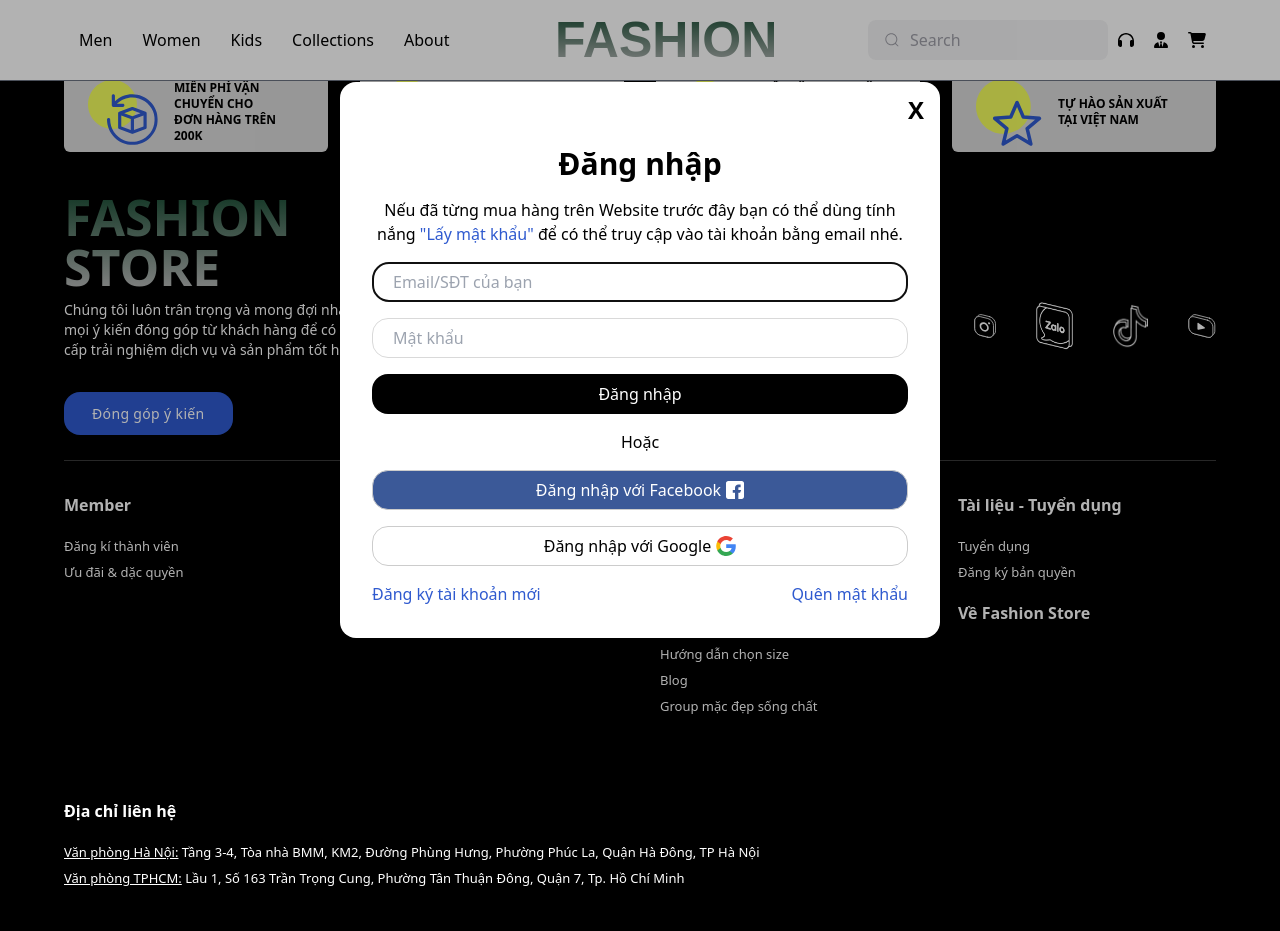
Repository: VuSnow/Software_Engineering
Page: /forgorPassword
An editor plug-in stored every save of this project. The page is shown before and after the next save, followed by the edit.
The browser window is 1280 px wide. The pictures show the whole page.
The project was rebuilt for these pictures with package versions that can differ from the ones it lists, and the page was loaded fresh each time. The framework's server and built-in components were replaced by stand-ins that run in the browser. Also part of the build but not shown: next.config.js, src/components/cart/CartItem/CartItem.tsx, src/components/cart/Cart.tsx, src/app/Login/page.tsx, src/app/register/page.tsx.

Above is the page before, as saved 2023-06-26 16:03:29.

### src/app/layout.tsx
"use client";
import Header from "@/components/header/Header";
import "./globals.css";
import { Inter } from "next/font/google";
import Footer from "@/components/footer/Footer";

const inter = Inter({ subsets: ["latin"] });

export const metadata = {
  title: "Create Next App",
  description: "Generated by create next app",
};
export default function RootLayout({
  children,
}: {
  children: React.ReactNode;
}) {
  return (
    <html lang="en">
      <body>
        <Header />
        {children}
        <Footer />
      </body>
    </html>
  );
}

### src/app/forgorPassword/page.tsx
import React, { useState } from "react";
import Link from "next/link";
import Image from "next/image";
import facebookIcon from "@/app/Login/facebook.svg";
import googleIcon from "@/app/Login/google.svg";

const ForgotPassword = () => {
  return (
    <div className="loginModal fixed w-full h-full top-0 left-0 z-[150]">
      <div className="backdrop w-full h-full bg-[rgba(0,0,0,.3)]"></div>
      <div
        className="pop-up-body absolute top-1/2 left-1/2 w-[50vw] max-w-[600px] bg-white p-8 rounded-2xl max-h-[95vh] overflow-y-auto overflow-x-hidden"
        style={{ transform: "translate(-50%, -50%)" }}
      >
        <span className="close-popup cursor-pointer absolute top-3 right-4 text-2xl font-bold">
          X
        </span>
        <div>
          <div className="form-container">
            <form id="login-form">
              <div className="login-heading mb-4 text-center">
                <div className="title text-3xl font-bold mx-0 mb-4 mt-8">
                  Đăng nhập
                </div>
                <div className="subtitle">
                  Nếu đã từng mua hàng trên Website trước đây bạn có thể dùng
                  tính nắng{" "}
                  <Link
                    href="/"
                    className="text-[#2f5acf] cursor-pointer duration-200 delay-0 transition-all ease-in-out"
                  >
                    "Lấy mật khẩu"
                  </Link>{" "}
                  để có thể truy cập vào tài khoản bằng email nhé.
                </div>
              </div>
              <div className="form-group mb-4">
                <input
                  type="text"
                  name="email"
                  placeholder="Email/SĐT của bạn"
                  autoFocus
                  className="form-control bg-white border border-solid border-[#d9d9d9] box-border rounded-2xl h-10 w-full py-[5px] px-5 transition-all delay-0 duration-200 ease-in-out"
                />
              </div>
              <div className="form-group">
                <input
                  type="password"
                  name="password"
                  placeholder="Mật khẩu"
                  className="form-control bg-white border border-solid border-[#d9d9d9] box-border rounded-2xl h-10 w-full py-[5px] px-5 transition-all delay-0 duration-200 ease-in-out"
                />
              </div>
              <button className="login-btn block rounded-2xl h-10 w-full py-[5px] px-5 bg-black text-white text-center border-0 cursor-pointer transition-all delay-0 duration-200 ease-in-out mt-4">
                Đăng nhập
              </button>
              <div className="or flex justify-center items-center my-4 mx-0">
                <span>Hoặc</span>
              </div>
              <button className="login-facebook bg-[#3B5998] text-white border border-solid border-[#ccc] w-full text-center h-10 rounded-2xl cursor-pointer mb-4 flex justify-center items-center">
                <span className="title">Đăng nhập với Facebook</span>
                <div className="icon w-[18px] ml-[5px]">
                  <Image src={facebookIcon} alt="facebook icon" />
                </div>
              </button>
              <button className="login-google border border-solid border-[#ccc] w-full text-center h-10 rounded-2xl cursor-pointer mb-4 flex justify-center items-center">
                <span className="title">Đăng nhập với Google</span>
                <div className="icon ml-[5px]">
                  <Image src={googleIcon} alt="facebook icon" />
                </div>
              </button>
              <div className="auth-action flex justify-between">
                <a
                  href="#"
                  className="cursor-pointer text-[#2f5acf] transition-all delay-0 duration-200 ease-in-out"
                  onClick={(e) => {
                    e.preventDefault();
                  }}
                >
                  Đăng ký tài khoản mới
                </a>
                <a
                  href="#"
                  className="cursor-pointer text-[#2f5acf] transition-all delay-0 duration-200 ease-in-out"
                  onClick={(e) => {
                    e.preventDefault();
                  }}
                >
                  Quên mật khẩu
                </a>
              </div>
            </form>
          </div>
        </div>
      </div>
    </div>
  );
};

export default ForgotPassword;

### src/components/header/Header.tsx
import React, { useState, useEffect, useContext } from "react";
import { FontAwesomeIcon } from "@fortawesome/react-fontawesome";
import {
  faBars,
  faHeadphones,
  faUserTie,
  faCartShopping,
  faXmark,
  faPlus,
  faMinus,
} from "@fortawesome/free-solid-svg-icons";
import Cart from "../cart/Cart";
import Login from "@/app/Login/page";
import Register from "@/app/register/page";
import ForgotPassword from "@/app/forgorPassword/page";
const Header = () => {
  const [showLoginModal, setShowLoginModal] = useState<Boolean>(false);
  const [showRegisterModal, setShowRegisterModal] = useState<Boolean>(false);
  const [showForgotPassword, setShowForgotPassword] = useState<Boolean>(false);
  const [classNav, setClassNav] = useState<String>(
    "opacity-0 invisible -left-full"
  );
  const [showCart, setShowCart] = useState(false);
  const showNav = () => {
    setClassNav("opacity-1 visible left-0");
  };
  const closeNav = () => {
    setClassNav("opacity-0 invisible -left-full");
  };
  return (
    <>
      {showLoginModal ? (
        <Login
          setShowLoginModal={setShowLoginModal}
          setShowRegisterModal={setShowRegisterModal}
          setShowForgotPassword={setShowForgotPassword}
        />
      ) : null}
      {showRegisterModal ? (
        <Register
          setShowRegisterModal={setShowRegisterModal}
          setShowLoginModal={setShowLoginModal}
        />
      ) : null}
      {showForgotPassword ? <ForgotPassword /> : null}
      <header className="text-black mb-4 fixed block top-0 left-0 right-0 bg-white w-full border-b border-gray-500 z-[99] px-[5%]">
        <div className="flex tablet: justify-between h-20 items-center mr-auto ml-auto max-w-full">
          <nav className="main-menu">
            <div className="mobile-menu cursor-pointer max-tablet:block hidden">
              <FontAwesomeIcon icon={faBars} size="2xl" onClick={showNav} />
            </div>
            <ul className="menu max-tablet:hidden flex">
              <li className="p-[15px] cursor-pointer">Men</li>
              <li className="p-[15px] cursor-pointer">Women</li>
              <li className="p-[15px] cursor-pointer">Kids</li>
              <li className="p-[15px] cursor-pointer">Collections</li>
              <li className="p-[15px] cursor-pointer">About</li>
            </ul>
            <div
              className={`sub-mobile-menu fixed top-0 right-0 bottom-[45px] bg-white z-[1000] pt-16 pr-4 pb-0 pl-4 ${classNav} overflow-y-auto`}
            >
              <div className="box-action bg-[#343a40] flex items-center justify-center rounded-tl-xl h-12 rounded-br-xl mb-[30px]">
                <a
                  href="#"
                  className="action-login text-white text-center text-[18px]"
                >
                  Đăng nhập
                </a>
              </div>
              <ul className="menu-mb">
                <li className="mb-[30px] pr-2 flex justify-between">
                  <a href="#">Men </a>
                  <span className="arrow">
                    <FontAwesomeIcon icon={faPlus} />
                    <FontAwesomeIcon icon={faMinus} className="hidden" />
                  </span>
                </li>
                <li className="mb-[30px] pr-2 flex justify-between">
                  <a href="#">Women </a>
                  <span className="arrow">
                    <FontAwesomeIcon icon={faPlus} />
                    <FontAwesomeIcon icon={faMinus} className="hidden" />
                  </span>
                </li>
                <li className="mb-[30px] pr-2 flex justify-between">
                  <a href="#">Kids </a>
                  <span className="arrow">
                    <FontAwesomeIcon icon={faPlus} />
                    <FontAwesomeIcon icon={faMinus} className="hidden" />
                  </span>
                </li>
                <li className="mb-[30px] pr-2 flex justify-between">
                  <a href="#">Collections </a>
                  <span className="arrow">
                    <FontAwesomeIcon icon={faPlus} />
                    <FontAwesomeIcon icon={faMinus} className="hidden" />
                  </span>
                </li>
                <li className="mb-[30px] pr-2 flex justify-between">
                  <a href="#">About </a>
                  <span className="arrow">
                    <FontAwesomeIcon icon={faPlus} />
                    <FontAwesomeIcon icon={faMinus} className="hidden" />
                  </span>
                </li>
              </ul>
              <div className="close-menu absolute top-[25px] left-[25px] text-[24px] text-black">
                <FontAwesomeIcon icon={faXmark} onClick={closeNav} />
              </div>
            </div>
          </nav>
          <div className="logo-brand">
            <a
              href="/"
              className="font-bold font-kumbhsan"
              style={{
                fontSize: "50px",
                background: "linear-gradient(to bottom, #194c33, #bbb)",
                WebkitBackgroundClip: "text",
                WebkitTextFillColor: "transparent",
                textTransform: "uppercase",
              }}
            >
              Fashion
            </a>
          </div>
          <div className="right-header flex">
            <form
              action="search"
              name="form-search"
              className="flex leading-7 items-center relative max-w-[240px] max-mobile:hidden"
            >
              <svg
                className="icon absolute left-4 fill-[#9e9ea7] w-4 h-4"
                aria-hidden="true"
                viewBox="0 0 24 24"
              >
                <g>
                  <path d="M21.53 20.47l-3.66-3.66C19.195 15.24 20 13.214 20 11c0-4.97-4.03-9-9-9s-9 4.03-9 9 4.03 9 9 9c2.215 0 4.24-.804 5.808-2.13l3.66 3.66c.147.146.34.22.53.22s.385-.073.53-.22c.295-.293.295-.767.002-1.06zM3.5 11c0-4.135 3.365-7.5 7.5-7.5s7.5 3.365 7.5 7.5-3.365 7.5-7.5 7.5-7.5-3.365-7.5-7.5z"></path>
                </g>
              </svg>
              <input
                type="text"
                placeholder="Search"
                className=" w-full h-[40px] leading-7 p-0 pl-10 pr-4 border-2 border-solid border-transparent rounded-lg outline-none bg-[#f3f3f4] text-[#0d0c22] transition-all placeholder:text-[#9e9ea7] focus:outline-none focus:border-[rgba(234,76,137,0.4)] focus:bg-white focus:shadow-md"
              />
            </form>
            <div className="header-action flex">
              <div className="item wallet m-[10px] max-mobile:hidden cursor-pointer">
                <FontAwesomeIcon icon={faHeadphones} />
              </div>
              <div
                className="item person m-[10px] cursor-pointer"
                onClick={() => setShowLoginModal(!showLoginModal)}
              >
                <FontAwesomeIcon icon={faUserTie} />
              </div>
              <div
                className="item cart m-[10px] cursor-pointer"
                onClick={() => setShowCart(true)}
              >
                <FontAwesomeIcon icon={faCartShopping} />
              </div>
            </div>
          </div>
        </div>
      </header>
      {showCart && <Cart setShowCart={setShowCart} />}
    </>
  );
};

export default Header;

### src/app/globals.css
@tailwind base;
@tailwind components;
@tailwind utilities;

:root {
  --foreground-rgb: 0, 0, 0;
  --background-start-rgb: 214, 219, 220;
  --background-end-rgb: 255, 255, 255;
}

@media (prefers-color-scheme: dark) {
  :root {
    --foreground-rgb: 255, 255, 255;
    --background-start-rgb: 0, 0, 0;
    --background-end-rgb: 0, 0, 0;
  }
}
body {
  display: flex;
  flex-direction: column;
  justify-content: space-between;
}

Loaded but not shown: tailwind.config.js (39 lines, source omitted); src/components/HomepageService/HomepageService.tsx (143 lines, source omitted); src/components/footer/Footer.tsx (211 lines, source omitted)

After the next save:
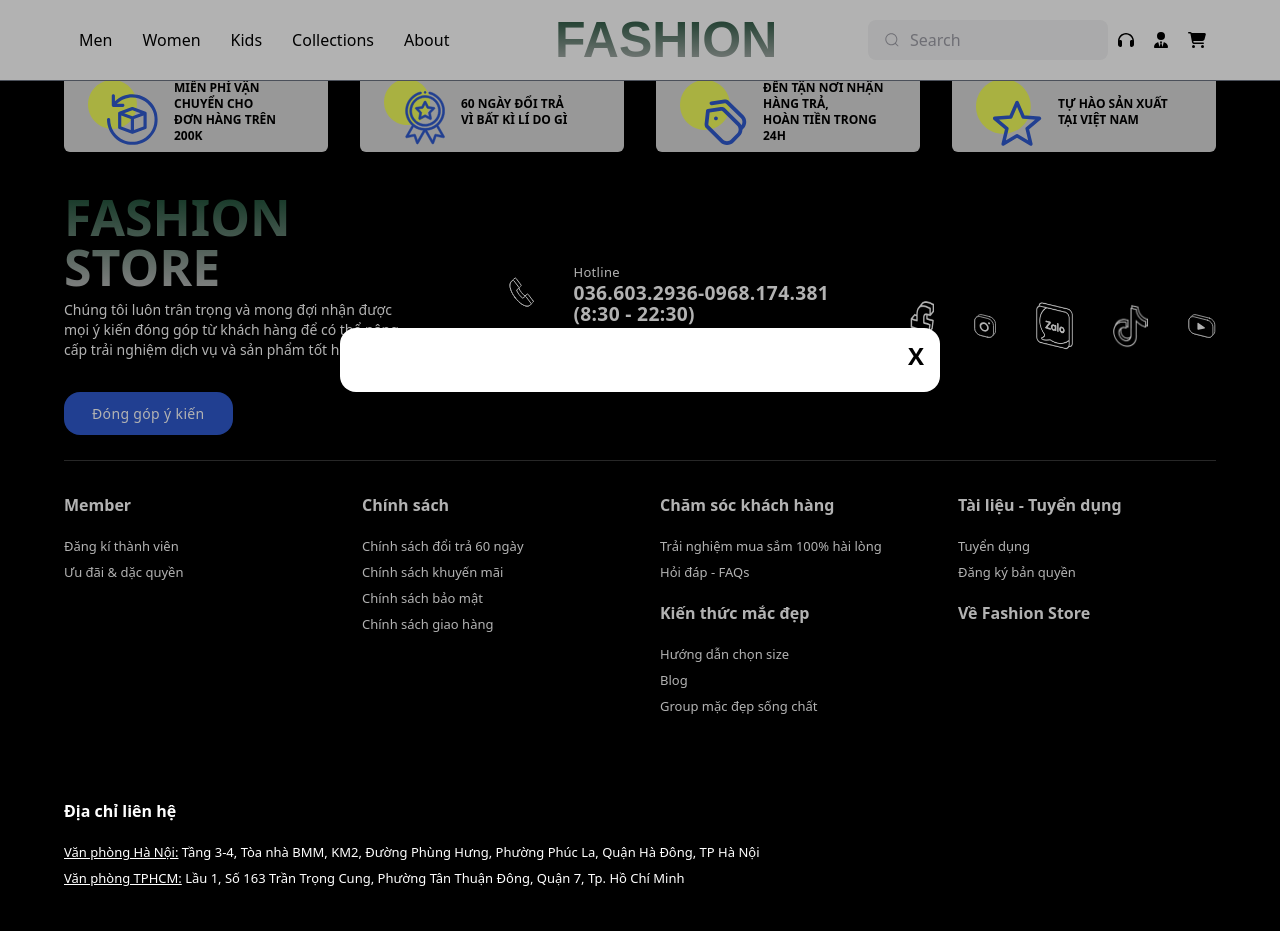
Saved 21 s later.
--- a/src/app/forgorPassword/page.tsx
+++ b/src/app/forgorPassword/page.tsx
@@ -15,83 +15,6 @@
         <span className="close-popup cursor-pointer absolute top-3 right-4 text-2xl font-bold">
           X
         </span>
-        <div>
-          <div className="form-container">
-            <form id="login-form">
-              <div className="login-heading mb-4 text-center">
-                <div className="title text-3xl font-bold mx-0 mb-4 mt-8">
-                  Đăng nhập
-                </div>
-                <div className="subtitle">
-                  Nếu đã từng mua hàng trên Website trước đây bạn có thể dùng
-                  tính nắng{" "}
-                  <Link
-                    href="/"
-                    className="text-[#2f5acf] cursor-pointer duration-200 delay-0 transition-all ease-in-out"
-                  >
-                    "Lấy mật khẩu"
-                  </Link>{" "}
-                  để có thể truy cập vào tài khoản bằng email nhé.
-                </div>
-              </div>
-              <div className="form-group mb-4">
-                <input
-                  type="text"
-                  name="email"
-                  placeholder="Email/SĐT của bạn"
-                  autoFocus
-                  className="form-control bg-white border border-solid border-[#d9d9d9] box-border rounded-2xl h-10 w-full py-[5px] px-5 transition-all delay-0 duration-200 ease-in-out"
-                />
-              </div>
-              <div className="form-group">
-                <input
-                  type="password"
-                  name="password"
-                  placeholder="Mật khẩu"
-                  className="form-control bg-white border border-solid border-[#d9d9d9] box-border rounded-2xl h-10 w-full py-[5px] px-5 transition-all delay-0 duration-200 ease-in-out"
-                />
-              </div>
-              <button className="login-btn block rounded-2xl h-10 w-full py-[5px] px-5 bg-black text-white text-center border-0 cursor-pointer transition-all delay-0 duration-200 ease-in-out mt-4">
-                Đăng nhập
-              </button>
-              <div className="or flex justify-center items-center my-4 mx-0">
-                <span>Hoặc</span>
-              </div>
-              <button className="login-facebook bg-[#3B5998] text-white border border-solid border-[#ccc] w-full text-center h-10 rounded-2xl cursor-pointer mb-4 flex justify-center items-center">
-                <span className="title">Đăng nhập với Facebook</span>
-                <div className="icon w-[18px] ml-[5px]">
-                  <Image src={facebookIcon} alt="facebook icon" />
-                </div>
-              </button>
-              <button className="login-google border border-solid border-[#ccc] w-full text-center h-10 rounded-2xl cursor-pointer mb-4 flex justify-center items-center">
-                <span className="title">Đăng nhập với Google</span>
-                <div className="icon ml-[5px]">
-                  <Image src={googleIcon} alt="facebook icon" />
-                </div>
-              </button>
-              <div className="auth-action flex justify-between">
-                <a
-                  href="#"
-                  className="cursor-pointer text-[#2f5acf] transition-all delay-0 duration-200 ease-in-out"
-                  onClick={(e) => {
-                    e.preventDefault();
-                  }}
-                >
-                  Đăng ký tài khoản mới
-                </a>
-                <a
-                  href="#"
-                  className="cursor-pointer text-[#2f5acf] transition-all delay-0 duration-200 ease-in-out"
-                  onClick={(e) => {
-                    e.preventDefault();
-                  }}
-                >
-                  Quên mật khẩu
-                </a>
-              </div>
-            </form>
-          </div>
-        </div>
       </div>
     </div>
   );
